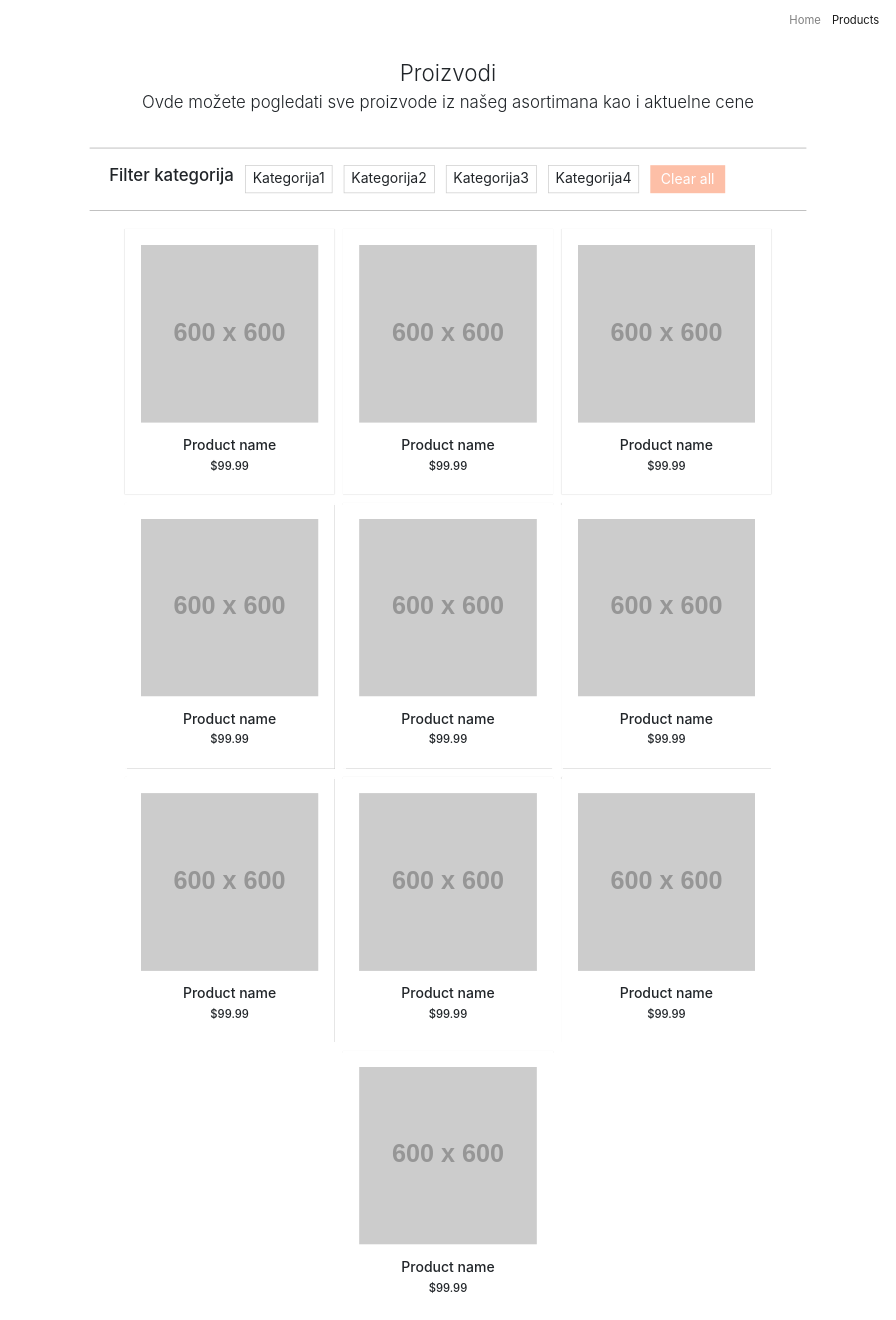
Repository: StevanFilipovic/TemplateForSinglepageWebsite
Page: products.html
The author's editor kept a copy of each file at every save. The page is drawn from the files as they stood at one save, then again after the next save.
The browser window is 1280 px wide. The pictures show the whole page, at 70% of full size.
Some web libraries are served in a nearby version.

Above is the page before, as saved 2018-06-15 15:20:40.

### products.html
<!doctype html>
<html>

<head>
    <meta charset="utf-8">
    <title>One Page Scroll</title>
    <meta name="title" content="Website by Stevan" />
    <meta name="description" content="Proizvodi" />

    <link rel="shortcut icon" id="favicon" href="">
    <link href='http://fonts.googleapis.com/css?family=Open+Sans:300,400,700' rel='stylesheet' type='text/css'>
    <link href='http://fonts.googleapis.com/css?family=Pacifico:400' rel='stylesheet' type='text/css'>
    <script type="text/javascript" src="http://code.jquery.com/jquery-1.9.1.js"></script>
    <link href='products-page-style.css' rel='stylesheet' type='text/css'>
    <!-- Da bi koristili less potrebno je odkomentarisati donje dve linije i uraditi konverziju css-a i ubaciti u dole navedene fajlove -->
    <!-- <link rel="stylesheet/less" type="text/css" href="onepage-scrool.less" /> -->
    <!-- <link rel="stylesheet/less" type="text/css" href="styles.less" /> -->
    <!-- <script src="less.js" type="text/javascript"></script> -->
    <link rel="stylesheet" href="https://stackpath.bootstrapcdn.com/bootstrap/4.1.1/css/bootstrap.min.css" integrity="sha384-WskhaSGFgHYWDcbwN70/dfYBj47jz9qbsMId/iRN3ewGhXQFZCSftd1LZCfmhktB" crossorigin="anonymous">
    <link href="bootstrap-responsive.css" rel="stylesheet">



    <script>
        $(document).ready(function () {
            var $products = $('.grid-products'),
                $filters = $("#filters input[type='checkbox']"),
                product_filter = new ProductFilterLevel1($products, $filters);
            product_filter.init();
        });

        function ProductFilterLevel1(products, filters) {
            var _this = this;

            this.init = function () {
                this.products = products;
                this.filters = filters;
                this.bindEvents();
            };

            this.bindEvents = function () {
                this.filters.click(this.filterGridProducts);
                $('#none').click(this.removeAllFilters);
            };

            this.filterGridProducts = function () {
                _this.products.hide();
                var selectedFilters = _this.filters.filter(':checked');
                if (selectedFilters.length) {
                    var selectedFiltersValues = [];
                    selectedFilters.each(function () {
                        var currentFilter = $(this);
                        selectedFiltersValues.push("[data-" + currentFilter.attr('name') + "='" +
                            currentFilter.val() + "']");
                    });
                    _this.products.filter(selectedFiltersValues.join(',')).show();
                } else {
                    _this.products.show();
                }
            };

            this.removeAllFilters = function () {
                _this.filters.prop('checked', false);
                _this.products.show();
            }
        }
    </script>

</head>

<body>
    <div class="">
        <nav class="navbar navbar-expand-lg navbar-light">
            <!-- <a class="navbar-brand" href="#">Navbar</a> -->
            <button class="navbar-toggler" type="button" data-toggle="collapse" data-target="#navbarNavDropdown" aria-controls="navbarNavDropdown1"
                aria-expanded="false" aria-label="Toggle navigation">
                <span class="navbar-toggler-icon"></span>
            </button>
            <div class="collapse navbar-collapse justify-content-end" id="navbarNavDropdown1">
                <ul class="navbar-nav">
                    <li class="nav-item ">
                        <a class="nav-link" href="index.html">Home </a>
                    </li>
                    <li class="nav-item active">
                        <a class="nav-link" href="products.html">Products
                            <span class="sr-only">(current)</span>
                        </a>
                    </li>
                    </li>
                </ul>
            </div>
        </nav>
    </div>
    <div class="intro-text">
        <h2>Proizvodi</h2>
        <h4>Ovde možete pogledati sve proizvode iz našeg asortimana kao i aktuelne cene</h4>
    </div>
    <div id="filters" class="products">
        <div class="filter-wrapper">
            <h4>Filter kategorija</h4>

            <input type="checkbox" name="colour" id="category1" value="category1"></input>
            <label for="category1">Kategorija1</label>

            <input type="checkbox" name="colour" id="category2" value="category2"></input>
            <label for="category2">Kategorija2</label>

            <input type="checkbox" name="colour" id="category3" value="category3"></input>
            <label for="category3">Kategorija3</label>

            <input type="checkbox" name="colour" id="category4" value="category4"></input>
            <label for="category4">Kategorija4</label>

        </div>
        <div>
            <input class="button-clear dugme" type="button" id="none" value="Clear all"></input>
        </div>
    </div>

    <section class="products">
        <div class="product-card grid-products" data-colour="category1">
            <div class="product-image">
                <img src="http://via.placeholder.com/600x600">
            </div>
            <div class="product-info">
                <h5>Product name</h5>
                <h6>$99.99</h6>
            </div>
        </div>

        <div class="product-card grid-products" data-colour="category1">
            <div class="product-image">
                <img src="http://via.placeholder.com/600x600">
            </div>
            <div class="product-info">
                <h5>Product name</h5>
                <h6>$99.99</h6>
            </div>
        </div>

        <div class="product-card grid-products" data-colour="category2">
            <div class="product-image">
                <img src="http://via.placeholder.com/600x600">
            </div>
            <div class="product-info">
                <h5>Product name</h5>
                <h6>$99.99</h6>
            </div>
        </div>

        <div class="product-card grid-products" data-colour="category2">
            <div class="product-image">
                <img src="http://via.placeholder.com/600x600">
            </div>
            <div class="product-info">
                <h5>Product name</h5>
                <h6>$99.99</h6>
            </div>
        </div>

        <div class="product-card grid-products" data-colour="category3">
            <div class="product-image">
                <img src="http://via.placeholder.com/600x600">
            </div>
            <div class="product-info">
                <h5>Product name</h5>
                <h6>$99.99</h6>
            </div>
        </div>

        <div class="product-card grid-products" data-colour="category3">
            <div class="product-image">
                <img src="http://via.placeholder.com/600x600">
            </div>
            <div class="product-info">
                <h5>Product name</h5>
                <h6>$99.99</h6>
            </div>
        </div>

        <div class="product-card grid-products" data-colour="category3">
            <div class="product-image">
                <img src="http://via.placeholder.com/600x600">
            </div>
            <div class="product-info">
                <h5>Product name</h5>
                <h6>$99.99</h6>
            </div>
        </div>

        <div class="product-card grid-products" data-colour="category4">
            <div class="product-image">
                <img src="http://via.placeholder.com/600x600">
            </div>
            <div class="product-info">
                <h5>Product name</h5>
                <h6>$99.99</h6>
            </div>
        </div>

        <div class="product-card grid-products" data-colour="category4">
            <div class="product-image">
                <img src="http://via.placeholder.com/600x600">
            </div>
            <div class="product-info">
                <h5>Product name</h5>
                <h6>$99.99</h6>
            </div>
        </div>

        <div class="product-card grid-products" data-colour="category4">
            <div class="product-image">
                <img src="http://via.placeholder.com/600x600">
            </div>
            <div class="product-info">
                <h5>Product name</h5>
                <h6>$99.99</h6>
            </div>
        </div>

    </section>
    <script src="https://cdnjs.cloudflare.com/ajax/libs/popper.js/1.12.9/umd/popper.min.js" integrity="sha384-ApNbgh9B+Y1QKtv3Rn7W3mgPxhU9K/ScQsAP7hUibX39j7fakFPskvXusvfa0b4Q"
    crossorigin="anonymous"></script>
  <script src="https://maxcdn.bootstrapcdn.com/bootstrap/4.0.0/js/bootstrap.min.js" integrity="sha384-JZR6Spejh4U02d8jOt6vLEHfe/JQGiRRSQQxSfFWpi1MquVdAyjUar5+76PVCmYl"
    crossorigin="anonymous"></script>
</body>

</html>

### products-page-style.css
header {
  position: relative;
  z-index: 10;
}

.header{
    background-image: linear-gradient(to right, #ffecd2 0%, #fcb69f 100%);
    border-bottom: 1px solid gray;
}
.intro-text{
  margin: 30px auto 50px;
}
.intro-text h2, .intro-text h4{
  text-align: center;
    font-weight: 300;
}
.products {
	display: flex;
    flex-wrap: wrap;
    width: 90%;
    margin: auto;
    justify-content: center;
}
#filters{
  justify-content: start;
  width: 80%;
  border-top: 1px solid #a7a7a7;
  border-bottom: 1px solid #a7a7a7;
  margin-bottom: 20px;
  padding: 20px;

}

.product-card {
	display: flex;
	flex-direction: column;
    max-width: 300px;
	padding: 2%;
  /* flex: 1 16%; */
  margin: 6px;

	background-color: #FFF;
	box-shadow: 0px 0px 1px 0px rgba(0,0,0,0.25);
}

.product-image img {
	width: 100%;
}

.product-info {
	margin-top: auto;
	padding-top: 20px;
	text-align: center;
}

@media ( max-width: 920px ) {

	/* .product-card {
		flex: 1 21%;
	} */

	/* .products .product-card:first-child,
	.products .product-card:nth-child(2) {
		flex: 2 46%;
	} */

}

@media ( max-width: 600px ) {

	/* .product-card {
		flex: 1 46%;
	} */

}

@media ( max-width: 480px ) {

	h1 {
		margin-bottom: 20px;
	}

	.product-filter {
		flex-direction: column;
	}

	.sort {
		align-self: flex-start;
	}

}


/* Checkmark */

/* Customize the label (the container) */
.filter-wrapper input[type=checkbox]{
  display: none;
}


.filter-category{
  border: 1px solid #cccccc;
  padding: 2px 10px;
  margin: auto 8px;
}

input[type=checkbox] + label {
  display: block;
  position: relative;
  margin: 4px 8px;
  cursor: pointer;
  font-size: 20px;
  -webkit-user-select: none;
  -moz-user-select: none;
  -ms-user-select: none;
  user-select: none;
  border: 1px solid #cccccc;
  padding: 2px 10px;
  transition:all 0.3s ease;
}
input[type=checkbox]:checked + label {
  background: #fdbfa7;
  border: 1px solid #fdbfa7;
  color: white;
}

input[type=checkbox]:hover + label {
  border: 1px solid #fdbfa7;
  box-shadow: inset 0 0 0 1px #fdbfa7;
  transition:all 0.3s ease;
}




  /* Hide the browser's default checkbox */
  .filter-container input {
    position: absolute;
    opacity: 0;
    cursor: pointer;
  }

  /* Create a custom checkbox */
  .checkmark {
    position: absolute;
    top: 0;
    left: 0;
    height: 30px;
    width: 30px;
    background-color: #eee;
    display: none;
  }

  /* On mouse-over, add a grey background color */
  .filter-container:hover input ~ .checkmark {
    background-color: #ccc;
  }

  /* When the checkbox is checked, add a blue background */
  .filter-container input:checked ~ .checkmark {
    background-color: #fdbfa7;
  }

  /* Create the checkmark/indicator (hidden when not checked) */
  .checkmark:after {
    content: "";
    position: absolute;
    display: none;
  }

  /* Show the checkmark when checked */
  .filter-container input:checked ~ .checkmark:after {
    display: block;
  }

  /* Style the checkmark/indicator */
  .filter-container .checkmark:after {
    left: 9px;
    top: 5px;
    width: 10px;
    height: 15px;
    border: solid white;
    border-width: 0 3px 3px 0;
    -webkit-transform: rotate(45deg);
    -ms-transform: rotate(45deg);
    transform: rotate(45deg);
  }

  .filter-wrapper{
      display: contents;
      margin-bottom: 15px;
  }
  .filter-wrapper h4{
    margin: 4px 8px;
  }

  .button-clear{
    background: #FDBFA7;
    font-size: 20px;
    color: white;
    border-style: none;
    cursor: pointer;
    padding: 5px 15px;
    margin: 4px 8px;
  }

  .button-clear:focus{
    outline: none;
  }

  .button-clear:active{
    -webkit-box-shadow: 0px 0px 5px 0px rgba(0,0,0,0.75);
    -moz-box-shadow: 0px 0px 5px 0px rgba(0,0,0,0.75);
    box-shadow: 0px 0px 5px 0px rgba(195, 195, 195, 0.75);
  }

Loaded but not shown: bootstrap-responsive.css (library)

After the next save:
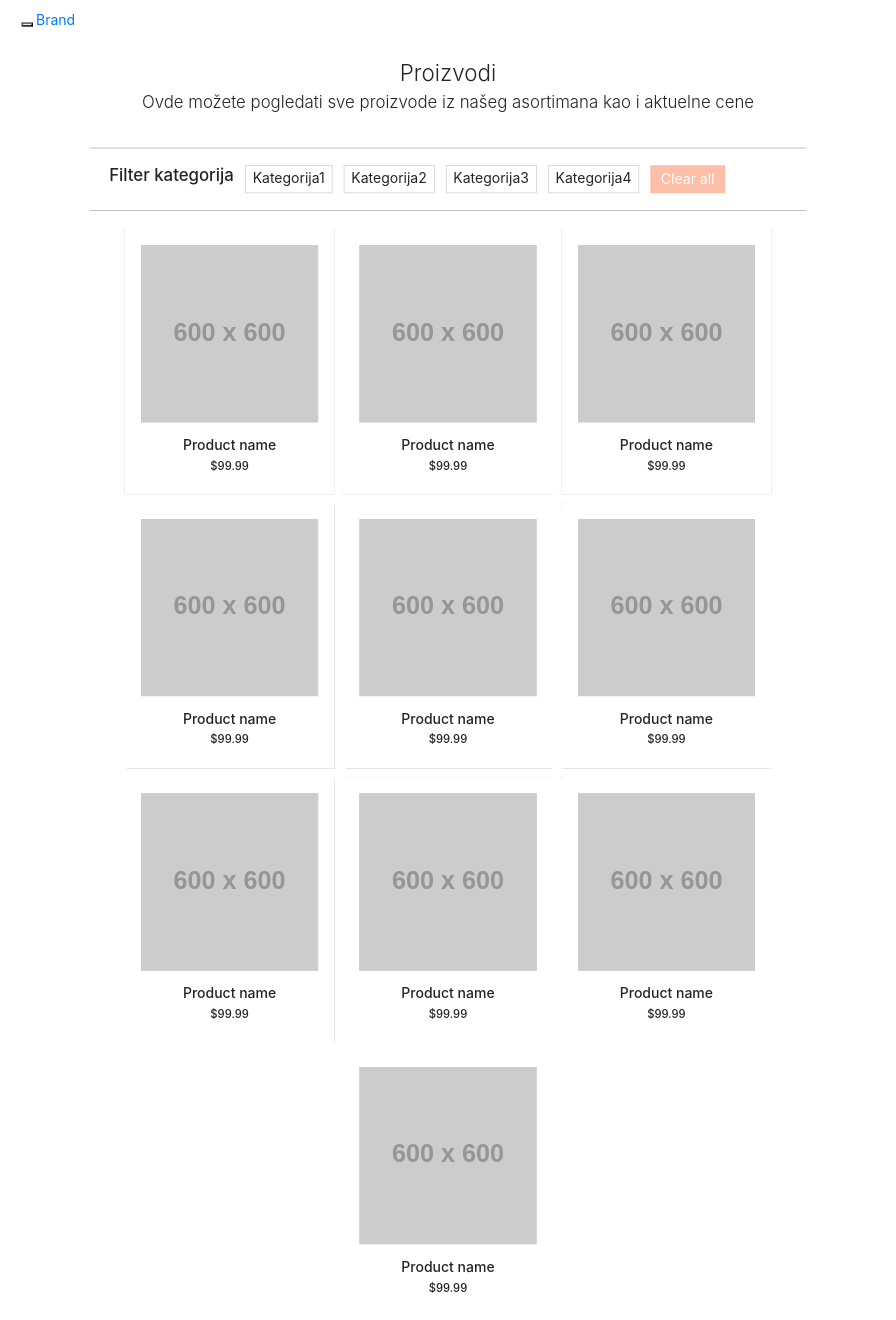
Saved 27 s later.
--- a/products.html
+++ b/products.html
@@ -69,28 +69,59 @@
 </head>
 
 <body>
-    <div class="">
-        <nav class="navbar navbar-expand-lg navbar-light">
-            <!-- <a class="navbar-brand" href="#">Navbar</a> -->
-            <button class="navbar-toggler" type="button" data-toggle="collapse" data-target="#navbarNavDropdown" aria-controls="navbarNavDropdown1"
-                aria-expanded="false" aria-label="Toggle navigation">
-                <span class="navbar-toggler-icon"></span>
+    <nav class="navbar navbar-default">
+        <div class="container-fluid">
+          <!-- Brand and toggle get grouped for better mobile display -->
+          <div class="navbar-header">
+            <button type="button" class="navbar-toggle collapsed" data-toggle="collapse" data-target="#bs-example-navbar-collapse-1" aria-expanded="false">
+              <span class="sr-only">Toggle navigation</span>
+              <span class="icon-bar"></span>
+              <span class="icon-bar"></span>
+              <span class="icon-bar"></span>
             </button>
-            <div class="collapse navbar-collapse justify-content-end" id="navbarNavDropdown1">
-                <ul class="navbar-nav">
-                    <li class="nav-item ">
-                        <a class="nav-link" href="index.html">Home </a>
-                    </li>
-                    <li class="nav-item active">
-                        <a class="nav-link" href="products.html">Products
-                            <span class="sr-only">(current)</span>
-                        </a>
-                    </li>
-                    </li>
+            <a class="navbar-brand" href="#">Brand</a>
+          </div>
+
+          <!-- Collect the nav links, forms, and other content for toggling -->
+          <div class="collapse navbar-collapse" id="bs-example-navbar-collapse-1">
+            <ul class="nav navbar-nav">
+              <li class="active"><a href="#">Link <span class="sr-only">(current)</span></a></li>
+              <li><a href="#">Link</a></li>
+              <li class="dropdown">
+                <a href="#" class="dropdown-toggle" data-toggle="dropdown" role="button" aria-haspopup="true" aria-expanded="false">Dropdown <span class="caret"></span></a>
+                <ul class="dropdown-menu">
+                  <li><a href="#">Action</a></li>
+                  <li><a href="#">Another action</a></li>
+                  <li><a href="#">Something else here</a></li>
+                  <li role="separator" class="divider"></li>
+                  <li><a href="#">Separated link</a></li>
+                  <li role="separator" class="divider"></li>
+                  <li><a href="#">One more separated link</a></li>
                 </ul>
-            </div>
-        </nav>
-    </div>
+              </li>
+            </ul>
+            <form class="navbar-form navbar-left">
+              <div class="form-group">
+                <input type="text" class="form-control" placeholder="Search">
+              </div>
+              <button type="submit" class="btn btn-default">Submit</button>
+            </form>
+            <ul class="nav navbar-nav navbar-right">
+              <li><a href="#">Link</a></li>
+              <li class="dropdown">
+                <a href="#" class="dropdown-toggle" data-toggle="dropdown" role="button" aria-haspopup="true" aria-expanded="false">Dropdown <span class="caret"></span></a>
+                <ul class="dropdown-menu">
+                  <li><a href="#">Action</a></li>
+                  <li><a href="#">Another action</a></li>
+                  <li><a href="#">Something else here</a></li>
+                  <li role="separator" class="divider"></li>
+                  <li><a href="#">Separated link</a></li>
+                </ul>
+              </li>
+            </ul>
+          </div><!-- /.navbar-collapse -->
+        </div><!-- /.container-fluid -->
+      </nav>
     <div class="intro-text">
         <h2>Proizvodi</h2>
         <h4>Ovde možete pogledati sve proizvode iz našeg asortimana kao i aktuelne cene</h4>
